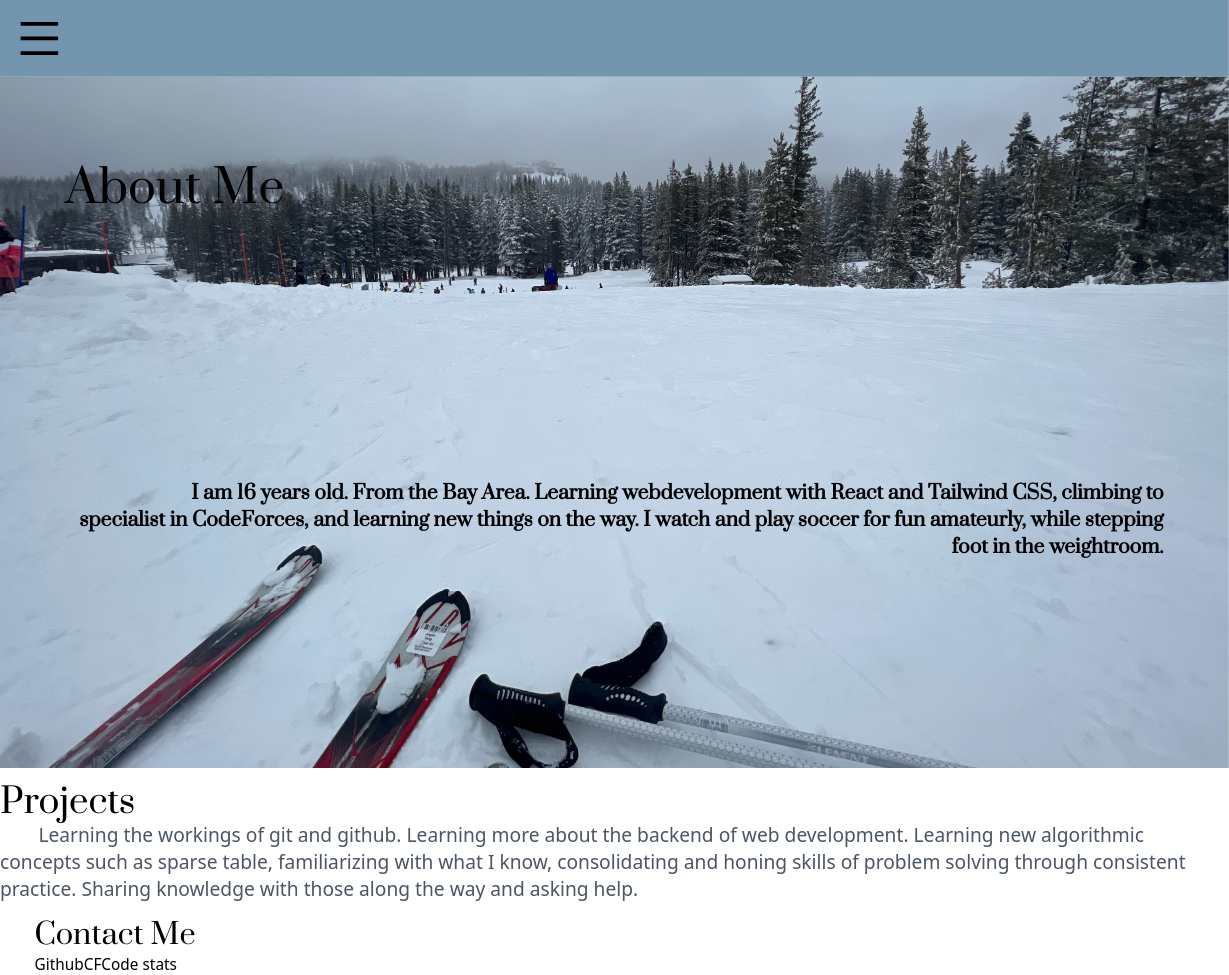
Repository: joshuayanggithub/joshua-yang-website
Page: /
An editor plug-in stored every save of this project. The page is shown before and after the next save, followed by the edit.
The browser window is 1280 px wide. The pictures show the whole page, at 96% of full size.
Some web fonts or font styles are not loaded; a fallback is used. The project was rebuilt for these pictures with package versions that can differ from the ones it lists, and the page was loaded fresh each time.

Above is the page before, as saved 2023-01-08 02:36:00.

### public/index.html
<!DOCTYPE html>
<html lang="en">
  <head>
    <meta charset="utf-8" />
    <link rel="icon" href="%PUBLIC_URL%/favicon.ico" />
    <meta name="viewport" content="width=device-width, initial-scale=1" />
    <meta name="theme-color" content="#000000" />
    <meta
      name="description"
      content="Web site created using create-react-app"
    />
    <link rel="apple-touch-icon" href="%PUBLIC_URL%/logo192.png" />
    <!--
      manifest.json provides metadata used when your web app is installed on a
      user's mobile device or desktop. See https://developers.google.com/web/fundamentals/web-app-manifest/
    -->
    <link rel="manifest" href="%PUBLIC_URL%/manifest.json" />
    <!--
      Notice the use of %PUBLIC_URL% in the tags above.
      It will be replaced with the URL of the `public` folder during the build.
      Only files inside the `public` folder can be referenced from the HTML.

      Unlike "/favicon.ico" or "favicon.ico", "%PUBLIC_URL%/favicon.ico" will
      work correctly both with client-side routing and a non-root public URL.
      Learn how to configure a non-root public URL by running `npm run build`.
    -->
    <title>Joshua Yang</title>
  </head>
  <body>
    <noscript>You need to enable JavaScript to run this app.</noscript>
    <div id="root"></div>
    <!--
      This HTML file is a template.
      If you open it directly in the browser, you will see an empty page.

      You can add webfonts, meta tags, or analytics to this file.
      The build step will place the bundled scripts into the <body> tag.

      To begin the development, run `npm start` or `yarn start`.
      To create a production bundle, use `npm run build` or `yarn build`.
    -->
  </body>
</html>

### src/index.css
@import url('https://fonts.googleapis.com/css2?family=Lato:ital,wght@0,100;0,300;0,400;0,700;0,900;1,100;1,400;1,700;1,900&display=swap');

@import url('https://fonts.googleapis.com/css2?family=Prata&display=swap');

@import url('https://fonts.googleapis.com/css2?family=Sofia&display=swap');

@tailwind base;
@tailwind components;
@tailwind utilities;

### src/App.js
import NavBar from "./components/NavBar";
import About from "./components/About";
import Contacts from "./components/Contacts";
import Setup from "./components/Setup";
import Projects from "./components/Projects";

function App() {
  return (
    <>
      <NavBar />
      <About />
      <Projects />
      <Setup />
      <Contacts />
    </>
  );
}

export default App;

### src/components/NavBar.jsx
import React, {useState} from "react";
import {AiOutlineMenu,AiOutlineClose} from 'react-icons/ai'
import Button from './Button'

const NavBar = () => {
  const [nav, setNav] = useState(true) //react hooks!

  const toggleNav = () => {
    setNav(!nav)
  }

  const links = [
    {'id': 1, 'name': 'About'},
    {'id': 2, 'name': 'Projects'},
    {'id': 3, 'name': 'Setup'},
    {'id': 4, 'name': 'Links'}
  ]

  const closeButton = (
    <div class="float-right"><AiOutlineClose> size={30}</AiOutlineClose></div>
  )

  return (
    <div class="md:flex bg-sasskyblue w-full justify-between items-center h-20 mx-auto px-4">
      <div onClick={toggleNav}>
        {nav ? <div ><AiOutlineMenu size={50}></AiOutlineMenu></div> : closeButton}
      </div>

      <div class="hidden">
        <ul class="md:flex">
          {
            links.map((link) =>
              <li key={link.id}>
                <a href='#About' class="text-3xl text-white px-5 hover:bg-sasnavyblue hover:font-bold duration-300 uppercase font-navheader">{link.name}</a>
              </li>
            )
          }
        </ul>
        <Button> Email Me </Button>
      </div>

      <div class={!nav ? 'fixed left-0 top-0 w-[30%] h-full border-r border-r-gray-600 bg-sasnavyblue ease-in-out duration-300' : "fixed hidden"}>
        <h1 class="font-cursive text-5xl font-bold text-blue-200 m-10">Jy.</h1>
        <ul class="p-4">
            {
              links.map((link) =>
                <li key={link.id} class="p-4 border-b border-b-gray-400">
                  <a href='#About' class="text-2xl text-white p-5 hover:bg-sasnavyblue hover:font-bold duration-300 uppercase font-navheader">{link.name}</a>
                </li>
              )
            }
          </ul>
        </div>
    </div>
  );
};

export default NavBar;

### src/components/About.jsx
import React from 'react'

const About = () => {
  return (
    <div class="h-screen py-10 px-5" style={{backgroundImage: "url(/imgs/snow_background.jpg)",  height: '100vh', width: "100vw", backgroundRepeat: "no-repeat",  backgroundPosition: 'left', backgroundSize: 'cover',}}>
      <h1 class="py-10 px-8 my-3 mx-4 text-black font-pageheader text-5xl max-w-4xl">About Me</h1>
      <p class="py-40 justify-between px-8 my-20 mx-4 indent-10 text-black text-xl font-pageheader font-extrabold text-end" >I am 16 years old. From the Bay Area. Learning webdevelopment with React and Tailwind CSS, climbing to specialist in CodeForces, and learning new things on the way. I watch and play soccer for fun amateurly, while stepping foot in the weightroom. </p>
    </div>
  );
}

export default About

### src/components/Contacts.jsx
import React from 'react'

const Contacts = () => {
  return (
    <div class="mx-5 px-4">
      <h1 class="text-3xl font-pageheader ">Contact Me</h1>
      <a href="https://github.com/joshuayanggithub">Github</a>
      <a href="https://codeforces.com/profile/JoshuaYang">CF</a>
      <a href="https://wakatime.com/@joshuayang">Code stats</a>
    </div>
  );
}

export default Contacts

### src/components/Setup.jsx
import React from 'react'

const Setup = () => {
  return (
    <div>

    </div>
  );
}

export default Setup

### src/components/Projects.jsx
import React from 'react'

const Projects = () => {
  return (
    <div class="my-4">
      <h1 class="text-black text-4xl font-pageheader">Projects</h1>
      <p class="indent-10 text-gray-600 text-xl">
        Learning the workings of git and github. Learning more about the backend of web development. Learning new algorithmic concepts such as sparse table, familiarizing with what I know,  consolidating and honing skills of problem solving through consistent practice. Sharing knowledge with those along the way and asking help.
      </p>
    </div>
  );
}

export default Projects

### src/components/Button.jsx
import React from "react";

const Button = (props) => {
  return (
    <button class="bg-sasgrey text-white font-navheader py-3  px-4 mx-3 rounded-lg">
      {props.children}
    </button>
  );
}

export default Button

### tailwind.config.js
/** @type {import('tailwindcss').Config} */
module.exports = {
  content: [
    "./src/components/*.{html,js,jsx}",
    "./src/**/*.{html,js,jsx}",
  ],
  theme: {
    screens: {
      'sm': '640px',
      // => @media (min-width: 640px) { ... }

      'md': '768px',
      // => @media (min-width: 768px) { ... }

      'lg': '1024px',
      // => @media (min-width: 1024px) { ... }

      'xl': '1280px',
      // => @media (min-width: 1280px) { ... }

      '2xl': '1536px',
      // => @media (min-width: 1536px) { ... }
    },
    extend: {
      colors: {
        'sasblack':'#5D5C61',
        'sasgrey': '#938e93',
        'sasskyblue': '#7395AE',
        'sasnavyblue': '#557A95',
        'sasgold':'#B1A296',
      }
    },
    fontFamily: {
      navheader: ['Lato',],
      pageheader: ['Prata',],
      cursive:['Sofia'],
    },
  },
  plugins: [],
}

Loaded but not shown: src/index.js (common file)

After the next save:
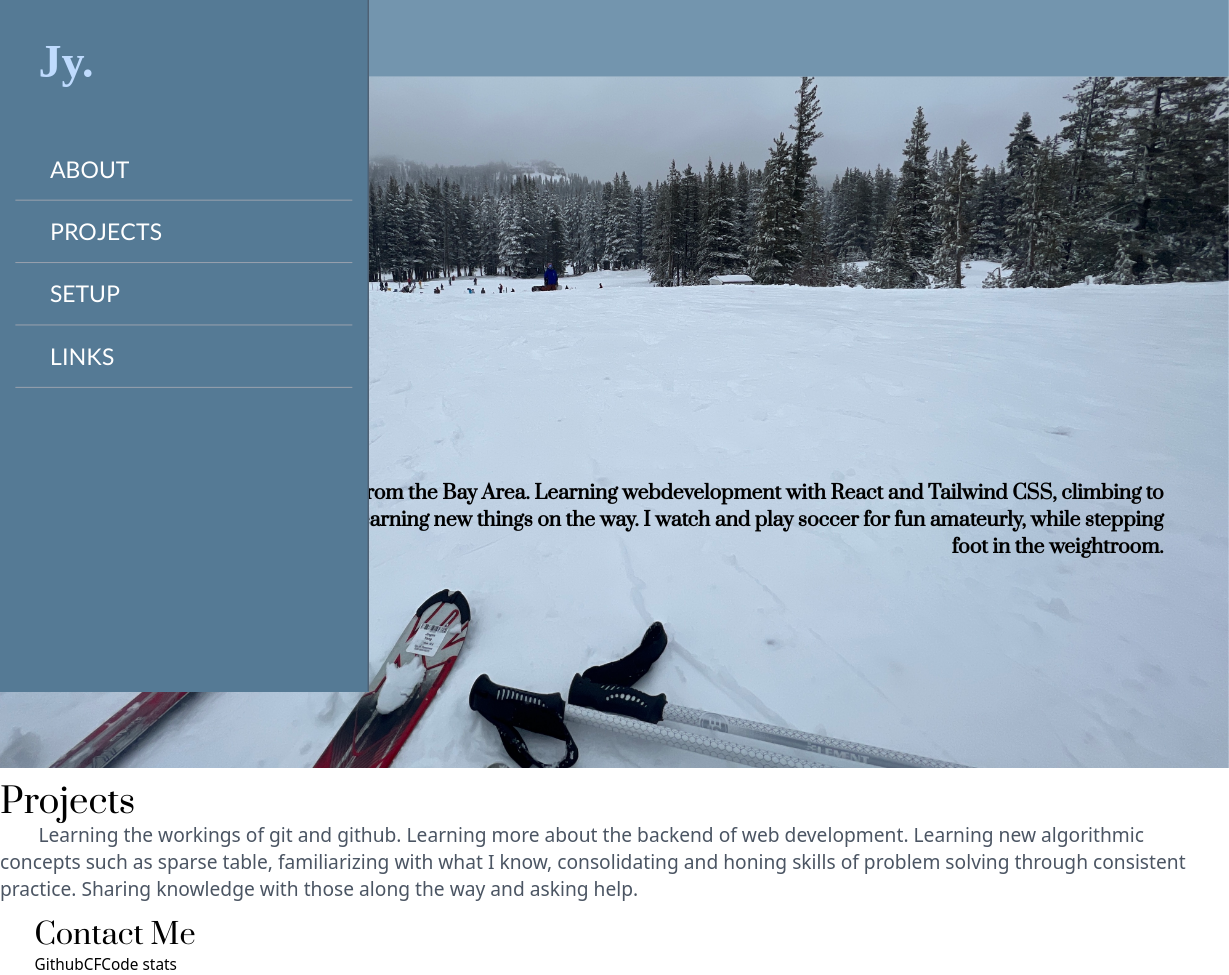
Saved 11 s later.
--- a/src/components/NavBar.jsx
+++ b/src/components/NavBar.jsx
@@ -3,7 +3,7 @@
 import Button from './Button'
 
 const NavBar = () => {
-  const [nav, setNav] = useState(true) //react hooks!
+  const [nav, setNav] = useState(false) //react hooks!
 
   const toggleNav = () => {
     setNav(!nav)

After the save that followed:
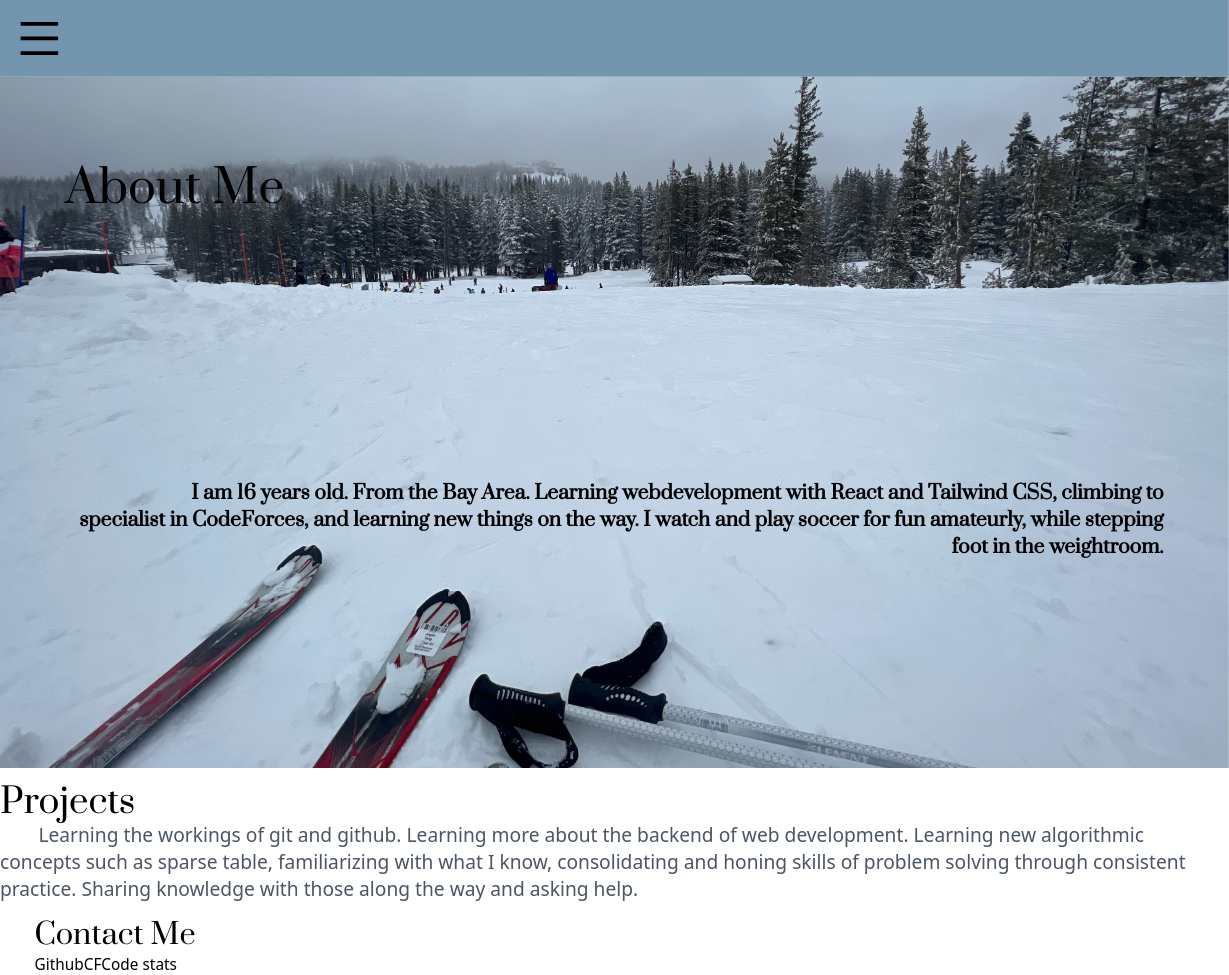
Saved 5 s later.
--- a/src/components/NavBar.jsx
+++ b/src/components/NavBar.jsx
@@ -3,7 +3,7 @@
 import Button from './Button'
 
 const NavBar = () => {
-  const [nav, setNav] = useState(false) //react hooks!
+  const [nav, setNav] = useState(true) //react hooks!
 
   const toggleNav = () => {
     setNav(!nav)
